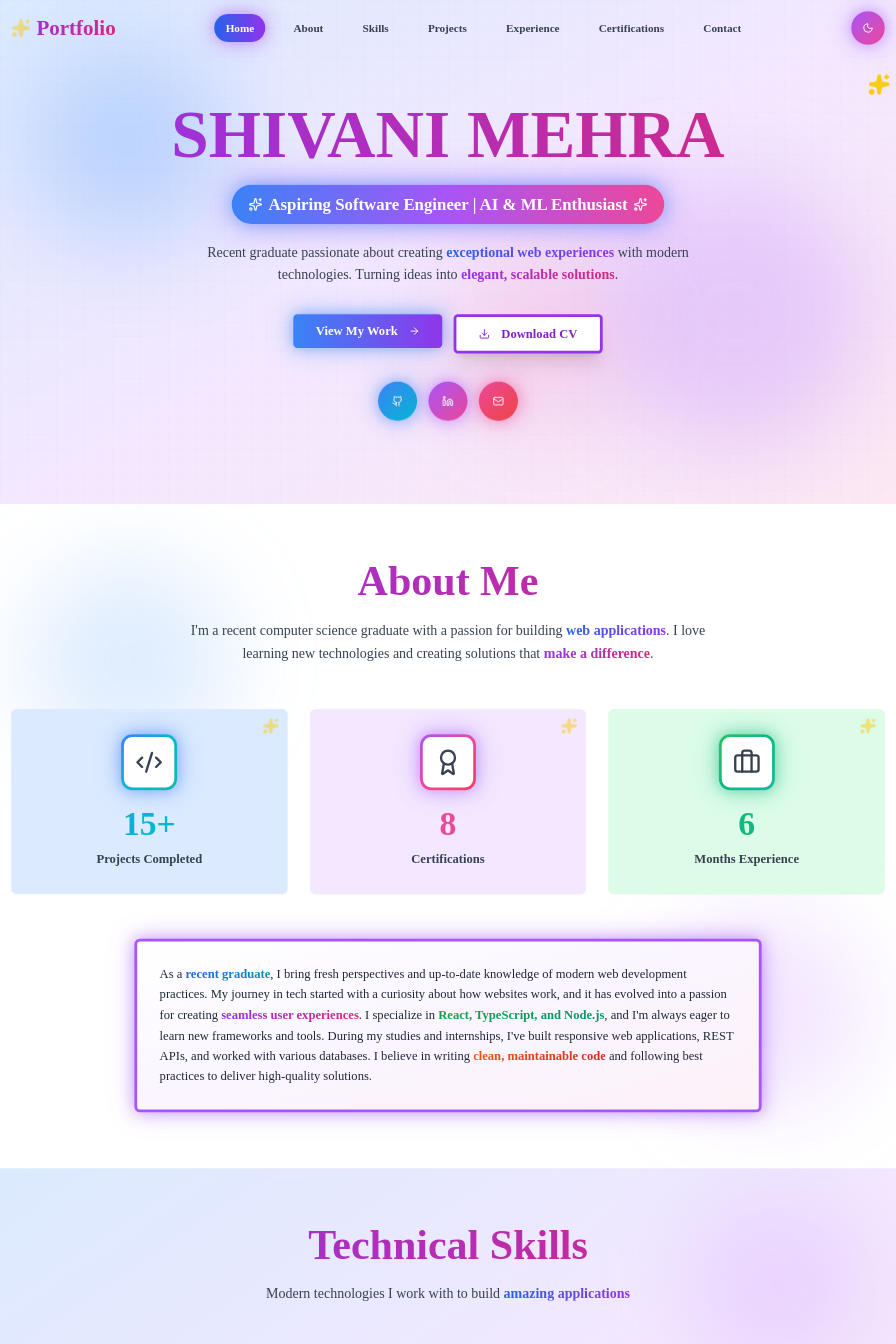
Repository: sm6746/PORTFOLIO
Page: /
These files come from the project's save history. The page is drawn as it stood at one moment and after the next save; the edit follows.
The browser window is 1280 px wide. The pictures show the part of the page from y = 0 to 1920 px (the page is 8297 px tall), at 70% of full size.
The project was rebuilt for these pictures with package versions that can differ from the ones it lists, and the page was loaded fresh each time. Also part of the build but not shown: vite.config.ts.

Above is the page before, as saved 2025-11-06 22:51:58.

### index.html
<!DOCTYPE html>
<html lang="en">
  <head>
    <meta charset="UTF-8" />
    <link rel="icon" type="image/svg+xml" href="/favicon.svg" />
    <meta name="viewport" content="width=device-width, initial-scale=1.0" />
    <title>Portfolio</title>
  </head>
  <body>
    <div id="root"></div>
    <script type="module" src="/app/main.tsx"></script>
  </body>
</html>

### app/main.tsx
import React from 'react'
import ReactDOM from 'react-dom/client'
import App from './app'
import './globals.css'

ReactDOM.createRoot(document.getElementById('root')!).render(
  <React.StrictMode>
    <App />
  </React.StrictMode>,
)

### app/app.tsx
import { ThemeProvider } from '@/lib/theme-context';
import { Header } from '@/components/header';
import { HeroSection } from '@/components/hero-section';
import { AboutSection } from '@/components/about-section';
import { SkillsSection } from '@/components/skills-section';
import { ProjectsSection } from '@/components/projects-section';
import { ExperienceSection } from '@/components/experience-section';
import { CertificationsSection } from '@/components/certifications-section';
import { ContactSection } from '@/components/contact-section';
import { Footer } from '@/components/footer';
import { ScrollToTop } from '@/components/scroll-to-top';

function App() {
  return (
    <ThemeProvider>
      <div className="min-h-screen bg-white dark:bg-gray-900 transition-colors duration-300">
        <Header />
        <main>
          <HeroSection />
          <AboutSection />
          <SkillsSection />
          <ProjectsSection />
          <ExperienceSection />
          <CertificationsSection />
          <ContactSection />
        </main>
        <Footer />
        <ScrollToTop />
      </div>
    </ThemeProvider>
  );
}

export default App;

### app/globals.css
@tailwind base;
@tailwind components;
@tailwind utilities;

@layer base {
  :root {
    --background: 0 0% 100%;
    --foreground: 222.2 84% 4.9%;
    --card: 0 0% 100%;
    --card-foreground: 222.2 84% 4.9%;
    --popover: 0 0% 100%;
    --popover-foreground: 222.2 84% 4.9%;
    --primary: 221.2 83.2% 53.3%;
    --primary-foreground: 210 40% 98%;
    --secondary: 210 40% 96.1%;
    --secondary-foreground: 222.2 47.4% 11.2%;
    --muted: 210 40% 96.1%;
    --muted-foreground: 215.4 16.3% 46.9%;
    --accent: 210 40% 96.1%;
    --accent-foreground: 222.2 47.4% 11.2%;
    --destructive: 0 84.2% 60.2%;
    --destructive-foreground: 210 40% 98%;
    --border: 214.3 31.8% 91.4%;
    --input: 214.3 31.8% 91.4%;
    --ring: 221.2 83.2% 53.3%;
    --radius: 0.5rem;
  }

  .dark {
    --background: 222.2 84% 4.9%;
    --foreground: 210 40% 98%;
    --card: 222.2 84% 4.9%;
    --card-foreground: 210 40% 98%;
    --popover: 222.2 84% 4.9%;
    --popover-foreground: 210 40% 98%;
    --primary: 217.2 91.2% 59.8%;
    --primary-foreground: 222.2 47.4% 11.2%;
    --secondary: 217.2 32.6% 17.5%;
    --secondary-foreground: 210 40% 98%;
    --muted: 217.2 32.6% 17.5%;
    --muted-foreground: 215 20.2% 65.1%;
    --accent: 217.2 32.6% 17.5%;
    --accent-foreground: 210 40% 98%;
    --destructive: 0 62.8% 30.6%;
    --destructive-foreground: 210 40% 98%;
    --border: 217.2 32.6% 17.5%;
    --input: 217.2 32.6% 17.5%;
    --ring: 224.3 76.3% 48%;
  }
}

@layer base {
  * {
    @apply border-border;
  }
  body {
    @apply bg-background text-foreground;
  }
}

@layer utilities {
  .bg-grid-pattern {
    background-image: linear-gradient(to right, rgba(0, 0, 0, 0.1) 1px, transparent 1px),
      linear-gradient(to bottom, rgba(0, 0, 0, 0.1) 1px, transparent 1px);
    background-size: 20px 20px;
  }

  .glow-blue {
    box-shadow: 0 0 20px rgba(59, 130, 246, 0.5), 0 0 40px rgba(59, 130, 246, 0.3);
  }

  .glow-purple {
    box-shadow: 0 0 20px rgba(168, 85, 247, 0.5), 0 0 40px rgba(168, 85, 247, 0.3);
  }

  .glow-pink {
    box-shadow: 0 0 20px rgba(236, 72, 153, 0.5), 0 0 40px rgba(236, 72, 153, 0.3);
  }

  .glow-green {
    box-shadow: 0 0 20px rgba(16, 185, 129, 0.5), 0 0 40px rgba(16, 185, 129, 0.3);
  }

  .glow-orange {
    box-shadow: 0 0 20px rgba(249, 115, 22, 0.5), 0 0 40px rgba(249, 115, 22, 0.3);
  }

  @keyframes float {
    0%, 100% { transform: translateY(0px); }
    50% { transform: translateY(-20px); }
  }

  .animate-float {
    animation: float 3s ease-in-out infinite;
  }

  @keyframes gradient-shift {
    0%, 100% { background-position: 0% 50%; }
    50% { background-position: 100% 50%; }
  }

  .animate-gradient {
    background-size: 200% 200%;
    animation: gradient-shift 3s ease infinite;
  }

  @keyframes pulse-glow {
    0%, 100% { box-shadow: 0 0 20px rgba(59, 130, 246, 0.4), 0 0 40px rgba(168, 85, 247, 0.2); }
    50% { box-shadow: 0 0 30px rgba(59, 130, 246, 0.6), 0 0 60px rgba(168, 85, 247, 0.4); }
  }

  .animate-pulse-glow {
    animation: pulse-glow 2s ease-in-out infinite;
  }
}

### lib/theme-context.tsx
import React, { createContext, useContext, useEffect, useState } from 'react';

type Theme = 'light' | 'dark';

type ThemeContextType = {
  theme: Theme;
  toggleTheme: () => void;
};

const ThemeContext = createContext<ThemeContextType | undefined>(undefined);

export function ThemeProvider({ children }: { children: React.ReactNode }) {
  const [theme, setTheme] = useState<Theme>(() => {
    const stored = localStorage.getItem('portfolio-theme');
    return (stored as Theme) || 'light';
  });

  useEffect(() => {
    localStorage.setItem('portfolio-theme', theme);
    document.documentElement.classList.toggle('dark', theme === 'dark');
  }, [theme]);

  const toggleTheme = () => {
    setTheme(prev => (prev === 'light' ? 'dark' : 'light'));
  };

  return (
    <ThemeContext.Provider value={{ theme, toggleTheme }}>
      {children}
    </ThemeContext.Provider>
  );
}

export function useTheme() {
  const context = useContext(ThemeContext);
  if (!context) {
    throw new Error('useTheme must be used within ThemeProvider');
  }
  return context;
}

### components/hero-section.tsx
import { ArrowRight, Download, Github, Linkedin, Mail, Sparkles } from 'lucide-react';
import { Button } from '@/components/ui/button';
import { useScrollAnimation } from '@/hooks/use-scroll-animation';

export function HeroSection() {
  const { ref, isVisible } = useScrollAnimation();

  const scrollToSection = (id: string) => {
    document.getElementById(id)?.scrollIntoView({ behavior: 'smooth' });
  };

  return (
    <section
      id="hero"
      ref={ref as React.RefObject<HTMLElement>}
      className="min-h-screen flex items-center justify-center relative overflow-hidden bg-gradient-to-br from-blue-100 via-purple-100 to-pink-100 dark:from-gray-900 dark:via-purple-900/20 dark:to-blue-900/20"
    >
      <div className="absolute inset-0 bg-grid-pattern opacity-10"></div>

      <div className="absolute top-20 left-10 w-72 h-72 bg-blue-400/30 rounded-full blur-3xl animate-float"></div>
      <div className="absolute bottom-20 right-10 w-96 h-96 bg-purple-400/30 rounded-full blur-3xl animate-float" style={{ animationDelay: '1s' }}></div>
      <div className="absolute top-1/2 left-1/2 w-64 h-64 bg-pink-400/20 rounded-full blur-3xl animate-float" style={{ animationDelay: '2s' }}></div>

      <div
        className={`container mx-auto px-4 text-center z-10 transition-all duration-1000 ${
          isVisible ? 'opacity-100 translate-y-0' : 'opacity-0 translate-y-10'
        }`}
      >
        <div className="mb-6 relative">

          <div className="absolute -top-2 -right-2 animate-bounce">
            <Sparkles className="h-8 w-8 text-yellow-400 fill-yellow-400" />
          </div>
        </div>

        <h1 className="text-6xl md:text-8xl font-extrabold mb-6 bg-gradient-to-r from-blue-600 via-purple-600 to-pink-600 dark:from-blue-400 dark:via-purple-400 dark:to-pink-400 bg-clip-text text-transparent animate-gradient">
          SHIVANI MEHRA
        </h1>

        <div className="inline-flex items-center gap-2 px-6 py-3 mb-6 rounded-full bg-gradient-to-r from-blue-500 via-purple-500 to-pink-500 text-white font-semibold shadow-lg animate-pulse-glow">
          <Sparkles className="h-5 w-5" />
          <span className="text-xl md:text-2xl">Aspiring Software Engineer | AI & ML Enthusiast</span>
          <Sparkles className="h-5 w-5" />
        </div>

        <p className="text-xl text-gray-700 dark:text-gray-300 max-w-3xl mx-auto mb-10 leading-relaxed">
          Recent graduate passionate about creating <span className="font-bold text-transparent bg-clip-text bg-gradient-to-r from-blue-600 to-purple-600">exceptional web experiences</span> with modern technologies.
          Turning ideas into <span className="font-bold text-transparent bg-clip-text bg-gradient-to-r from-purple-600 to-pink-600">elegant, scalable solutions</span>.
        </p>

        <div className="flex flex-wrap gap-4 justify-center mb-10">
          <Button
            size="lg"
            onClick={() => scrollToSection('projects')}
            className="bg-gradient-to-r from-blue-600 via-blue-500 to-purple-600 hover:from-blue-700 hover:via-purple-600 hover:to-purple-700 text-white shadow-xl hover:shadow-2xl transform hover:scale-110 transition-all duration-300 px-8 py-6 text-lg font-bold animate-gradient glow-blue"
          >
            View My Work <ArrowRight className="ml-2 h-6 w-6" />
          </Button>
          <Button
            size="lg"
            variant="outline"
            onClick={() => scrollToSection('contact')}
            className="border-4 border-purple-600 text-purple-700 dark:text-purple-300 hover:bg-purple-100 dark:hover:bg-purple-900/30 shadow-xl hover:shadow-2xl transform hover:scale-110 transition-all duration-300 px-8 py-6 text-lg font-bold hover:border-pink-600"
          >
            <Download className="mr-2 h-6 w-6" />
            Download CV
          </Button>
        </div>


        {/* Social Buttons */}
        <div className="flex gap-4 justify-center mt-10">
          {/* GitHub */}
          <Button
            asChild
            variant="ghost"
            size="icon"
            className="w-14 h-14 rounded-full bg-gradient-to-br from-blue-500 to-cyan-500 hover:from-blue-600 hover:to-cyan-600 text-white transform hover:scale-125 hover:rotate-12 transition-all duration-300 shadow-lg hover:shadow-xl glow-blue"
          >
            <a
              href="https://github.com/sm6746"
              target="_blank"
              rel="noopener noreferrer"
            >
              <Github className="h-7 w-7" />
            </a>
          </Button>

          {/* LinkedIn */}
          <Button
            asChild
            variant="ghost"
            size="icon"
            className="w-14 h-14 rounded-full bg-gradient-to-br from-purple-500 to-pink-500 hover:from-purple-600 hover:to-pink-600 text-white transform hover:scale-125 hover:rotate-12 transition-all duration-300 shadow-lg hover:shadow-xl glow-purple"
          >
            <a
              href="https://www.linkedin.com/in/shivani-mehra-/"
              target="_blank"
              rel="noopener noreferrer"
            >
              <Linkedin className="h-7 w-7" />
            </a>
          </Button>

          {/* Email */}
          <Button
            asChild
            variant="ghost"
            size="icon"
            className="w-14 h-14 rounded-full bg-gradient-to-br from-pink-500 to-red-500 hover:from-pink-600 hover:to-red-600 text-white transform hover:scale-125 hover:rotate-12 transition-all duration-300 shadow-lg hover:shadow-xl glow-pink"
          >
            <a
              href="https://mail.google.com/mail/?view=cm&fs=1&to=shivanimehra22may@gmail.com"
              target="_blank"
              rel="noopener noreferrer"
            >
              <Mail className="h-7 w-7" />
            </a>
          </Button>
        </div>
      </div>
    </section>
  );
}

### components/footer.tsx
import { Github, Linkedin, Mail, Twitter } from 'lucide-react';
import { Button } from '@/components/ui/button';

export function Footer() {
  return (
    <footer className="py-12 bg-gray-900 text-white">
      <div className="container mx-auto px-4">
        <div className="flex flex-col items-center gap-6">
          <div className="text-3xl font-bold bg-gradient-to-r from-blue-400 to-purple-400 bg-clip-text text-transparent">
            SHIVANI MEHRA
          </div>
          <p className="text-gray-400 text-center max-w-md">
            Building the future, one line of code at a time. Let's create something amazing together.
          </p>
          <div className="flex gap-4">
            <Button
              variant="ghost"
              size="icon"
              className="rounded-full hover:bg-blue-600/20 text-gray-300 hover:text-white transition-all"
            >
              <Github className="h-5 w-5" />
            </Button>
            <Button
              variant="ghost"
              size="icon"
              className="rounded-full hover:bg-blue-600/20 text-gray-300 hover:text-white transition-all"
            >
              <Linkedin className="h-5 w-5" />
            </Button>
            <Button
              variant="ghost"
              size="icon"
              className="rounded-full hover:bg-blue-600/20 text-gray-300 hover:text-white transition-all"
            >
              <Twitter className="h-5 w-5" />
            </Button>
            <Button
              variant="ghost"
              size="icon"
              className="rounded-full hover:bg-blue-600/20 text-gray-300 hover:text-white transition-all"
            >
              <Mail className="h-5 w-5" />
            </Button>
          </div>
          <div className="border-t border-gray-800 pt-6 w-full text-center">
            <p className="text-gray-500 text-sm">

            </p>
          </div>
        </div>
      </div>
    </footer>
  );
}

### components/scroll-to-top.tsx
import { Button } from '@/components/ui/button';
import { ArrowUp } from 'lucide-react';
import { useEffect, useState } from 'react';

export function ScrollToTop() {
  const [isVisible, setIsVisible] = useState(false);

  useEffect(() => {
    const toggleVisibility = () => {
      setIsVisible(window.scrollY > 500);
    };

    window.addEventListener('scroll', toggleVisibility);
    return () => window.removeEventListener('scroll', toggleVisibility);
  }, []);

  const scrollToTop = () => {
    window.scrollTo({ top: 0, behavior: 'smooth' });
  };

  if (!isVisible) return null;

  return (
    <Button
      onClick={scrollToTop}
      size="icon"
      className="fixed bottom-8 right-8 z-50 rounded-full shadow-lg bg-gradient-to-r from-blue-600 to-purple-600 hover:from-blue-700 hover:to-purple-700 animate-bounce"
    >
      <ArrowUp className="h-5 w-5" />
    </Button>
  );
}

### components/ui/button.tsx
import * as React from "react"
import { Slot } from "@radix-ui/react-slot"
import { cva, type VariantProps } from "class-variance-authority"

import { cn } from "@/lib/utlis"

const buttonVariants = cva(
  "inline-flex items-center justify-center gap-2 whitespace-nowrap rounded-md text-sm font-medium transition-colors focus-visible:outline-none focus-visible:ring-1 focus-visible:ring-ring disabled:pointer-events-none disabled:opacity-50 [&_svg]:pointer-events-none [&_svg]:size-4 [&_svg]:shrink-0",
  {
    variants: {
      variant: {
        default:
          "bg-primary text-primary-foreground shadow hover:bg-primary/90",
        destructive:
          "bg-destructive text-destructive-foreground shadow-sm hover:bg-destructive/90",
        outline:
          "border border-input bg-background shadow-sm hover:bg-accent hover:text-accent-foreground",
        secondary:
          "bg-secondary text-secondary-foreground shadow-sm hover:bg-secondary/80",
        ghost: "hover:bg-accent hover:text-accent-foreground",
        link: "text-primary underline-offset-4 hover:underline",
      },
      size: {
        default: "h-9 px-4 py-2",
        sm: "h-8 rounded-md px-3 text-xs",
        lg: "h-10 rounded-md px-8",
        icon: "h-9 w-9",
      },
    },
    defaultVariants: {
      variant: "default",
      size: "default",
    },
  }
)

export interface ButtonProps
  extends React.ButtonHTMLAttributes<HTMLButtonElement>,
    VariantProps<typeof buttonVariants> {
  asChild?: boolean
}

const Button = React.forwardRef<HTMLButtonElement, ButtonProps>(
  ({ className, variant, size, asChild = false, ...props }, ref) => {
    const Comp = asChild ? Slot : "button"
    return (
      <Comp
        className={cn(buttonVariants({ variant, size, className }))}
        ref={ref}
        {...props}
      />
    )
  }
)
Button.displayName = "Button"

export { Button, buttonVariants }

### hooks/use-scroll-animation.ts
import { useEffect, useRef, useState } from 'react';

export function useScrollAnimation() {
  const ref = useRef<HTMLElement>(null);
  const [isVisible, setIsVisible] = useState(false);

  useEffect(() => {
    const observer = new IntersectionObserver(
      ([entry]) => {
        if (entry.isIntersecting) {
          setIsVisible(true);
        }
      },
      { threshold: 0.1 }
    );

    if (ref.current) {
      observer.observe(ref.current);
    }

    return () => {
      if (ref.current) {
        observer.unobserve(ref.current);
      }
    };
  }, []);

  return { ref, isVisible };
}

### components/ui/card.tsx
import * as React from "react"

import { cn } from "@/lib/utlis"

const Card = React.forwardRef<
  HTMLDivElement,
  React.HTMLAttributes<HTMLDivElement>
>(({ className, ...props }, ref) => (
  <div
    ref={ref}
    className={cn(
      "rounded-lg border bg-card text-card-foreground shadow-sm",
      className,
    )}
    {...props}
  />
))
Card.displayName = "Card"

const CardHeader = React.forwardRef<
  HTMLDivElement,
  React.HTMLAttributes<HTMLDivElement>
>(({ className, ...props }, ref) => (
  <div
    ref={ref}
    className={cn("flex flex-col space-y-1.5 p-6", className)}
    {...props}
  />
))
CardHeader.displayName = "CardHeader"

const CardTitle = React.forwardRef<
  HTMLParagraphElement,
  React.HTMLAttributes<HTMLHeadingElement>
>(({ className, ...props }, ref) => (
  <h3
    ref={ref}
    className={cn(
      "text-2xl font-semibold leading-none tracking-tight",
      className,
    )}
    {...props}
  />
))
CardTitle.displayName = "CardTitle"

const CardDescription = React.forwardRef<
  HTMLParagraphElement,
  React.HTMLAttributes<HTMLParagraphElement>
>(({ className, ...props }, ref) => (
  <p
    ref={ref}
    className={cn("text-sm text-muted-foreground", className)}
    {...props}
  />
))
CardDescription.displayName = "CardDescription"

const CardContent = React.forwardRef<
  HTMLDivElement,
  React.HTMLAttributes<HTMLDivElement>
>(({ className, ...props }, ref) => (
  <div ref={ref} className={cn("p-6 pt-0", className)} {...props} />
))
CardContent.displayName = "CardContent"

const CardFooter = React.forwardRef<
  HTMLDivElement,
  React.HTMLAttributes<HTMLDivElement>
>(({ className, ...props }, ref) => (
  <div
    ref={ref}
    className={cn("flex items-center p-6 pt-0", className)}
    {...props}
  />
))
CardFooter.displayName = "CardFooter"

export { Card, CardHeader, CardFooter, CardTitle, CardDescription, CardContent }

### components/ui/badge.tsx
import * as React from "react"
import { cva, type VariantProps } from "class-variance-authority"

import { cn } from "@/lib/utlis"

const badgeVariants = cva(
  "inline-flex items-center rounded-md border px-2.5 py-0.5 text-xs font-semibold transition-colors focus:outline-none focus:ring-2 focus:ring-ring focus:ring-offset-2",
  {
    variants: {
      variant: {
        default:
          "border-transparent bg-primary text-primary-foreground shadow hover:bg-primary/80",
        secondary:
          "border-transparent bg-secondary text-secondary-foreground hover:bg-secondary/80",
        destructive:
          "border-transparent bg-destructive text-destructive-foreground shadow hover:bg-destructive/80",
        outline: "text-foreground",
      },
    },
    defaultVariants: {
      variant: "default",
    },
  }
)

export interface BadgeProps
  extends React.HTMLAttributes<HTMLDivElement>,
    VariantProps<typeof badgeVariants> {}

function Badge({ className, variant, ...props }: BadgeProps) {
  return (
    <div className={cn(badgeVariants({ variant }), className)} {...props} />
  )
}

export { Badge, badgeVariants }

### components/ui/input.tsx
import * as React from "react"

import { cn } from "@/lib/utlis"

const Input = React.forwardRef<HTMLInputElement, React.ComponentProps<"input">>(
  ({ className, type, ...props }, ref) => {
    return (
      <input
        type={type}
        className={cn(
          "flex h-9 w-full rounded-md border border-input bg-transparent px-3 py-1 text-base shadow-sm transition-colors file:border-0 file:bg-transparent file:text-sm file:font-medium file:text-foreground placeholder:text-muted-foreground focus-visible:outline-none focus-visible:ring-1 focus-visible:ring-ring disabled:cursor-not-allowed disabled:opacity-50 md:text-sm",
          className
        )}
        ref={ref}
        {...props}
      />
    )
  }
)
Input.displayName = "Input"

export { Input }

### components/ui/textarea.tsx
import * as React from "react"

import { cn } from "@/lib/utlis"

const Textarea = React.forwardRef<
  HTMLTextAreaElement,
  React.ComponentProps<"textarea">
>(({ className, ...props }, ref) => {
  return (
    <textarea
      className={cn(
        "flex min-h-[60px] w-full rounded-md border border-input bg-transparent px-3 py-2 text-base shadow-sm placeholder:text-muted-foreground focus-visible:outline-none focus-visible:ring-1 focus-visible:ring-ring disabled:cursor-not-allowed disabled:opacity-50 md:text-sm",
        className
      )}
      ref={ref}
      {...props}
    />
  )
})
Textarea.displayName = "Textarea"

export { Textarea }

Loaded but not shown: lib/utlis.tsx (common file); tailwind.config.js (62 lines, source omitted); components/projects-section.tsx (180 lines, source omitted); components/contact-section.tsx (144 lines, source omitted); components/experience-section.tsx (143 lines, source omitted); components/certifications-section.tsx (150 lines, source omitted); components/about-section.tsx (79 lines, source omitted); components/skills-section.tsx (112 lines, source omitted); components/header.tsx (82 lines, source omitted)

After the next save:
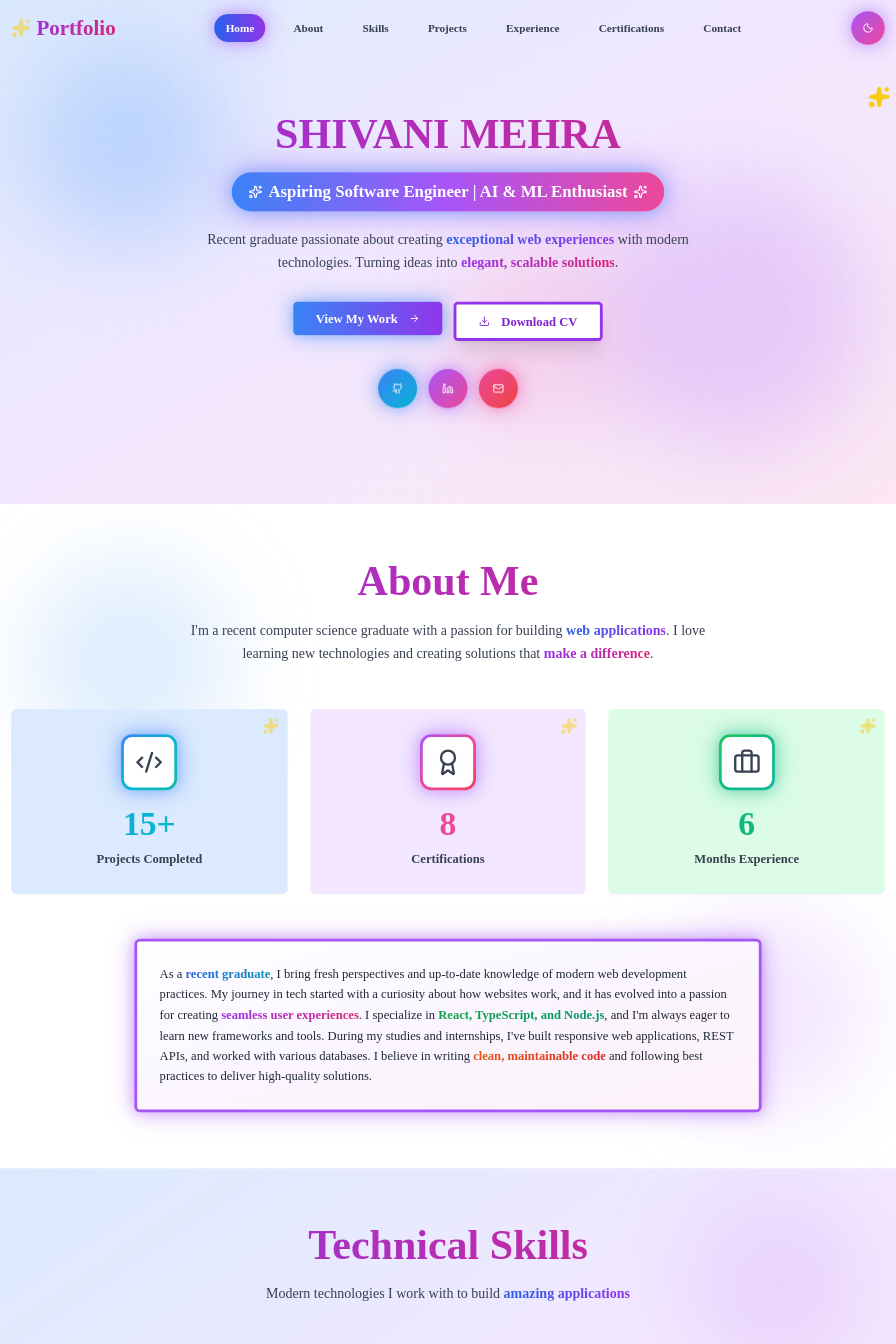
Saved 40 s later.
--- a/components/hero-section.tsx
+++ b/components/hero-section.tsx
@@ -33,7 +33,7 @@ export function HeroSection() {
           </div>
         </div>
 
-        <h1 className="text-6xl md:text-8xl font-extrabold mb-6 bg-gradient-to-r from-blue-600 via-purple-600 to-pink-600 dark:from-blue-400 dark:via-purple-400 dark:to-pink-400 bg-clip-text text-transparent animate-gradient">
+        <h1 className="text-5xl md:text-6xl font-extrabold mb-6 bg-gradient-to-r from-blue-600 via-purple-600 to-pink-600 dark:from-blue-400 dark:via-purple-400 dark:to-pink-400 bg-clip-text text-transparent animate-gradient">
           SHIVANI MEHRA
         </h1>
 
